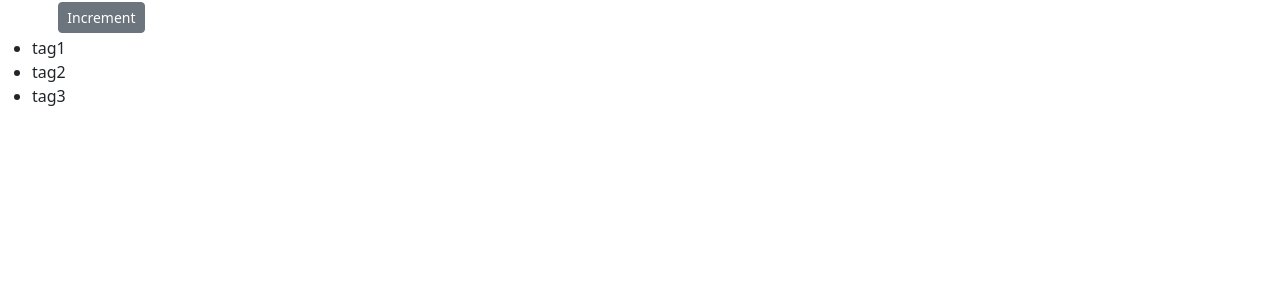
Repository: Edes2128/MovieTable-pagination-filter-sorting-in-React
Page: /
An editor plug-in stored every save of this project. The page is shown before and after the next save, followed by the edit.
The browser window is 1280 px wide. The pictures show the whole page.
The project was rebuilt for these pictures with package versions that can differ from the ones it lists, and the page was loaded fresh each time.

Above is the page before, as saved 2020-06-13 20:44:25.

After the next save:
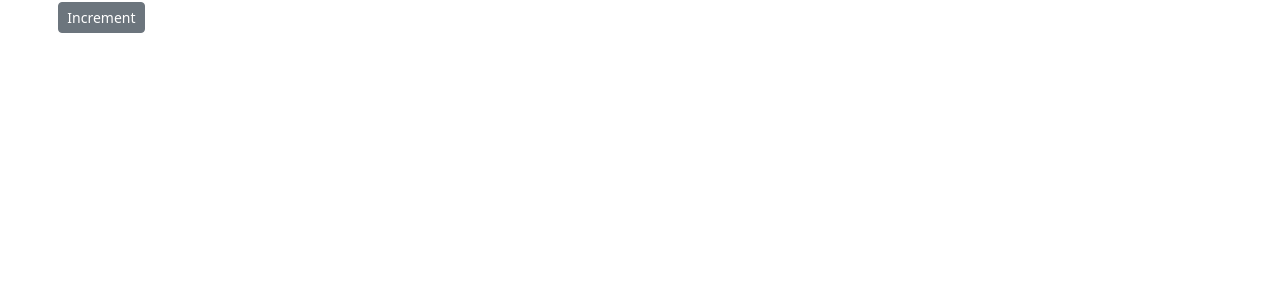
Saved 112 s later.
--- a/src/components/counter.jsx
+++ b/src/components/counter.jsx
@@ -19,7 +19,7 @@ class Counter extends Component {
             <button onClick={this.handleIncrement} className="btn btn-secondary btn-sm">Increment</button>
             <ul>
 
-            {this.state.tags.map(tag => <li key={tag}>{tag}</li>)}
+
 
             </ul>
             </div>
